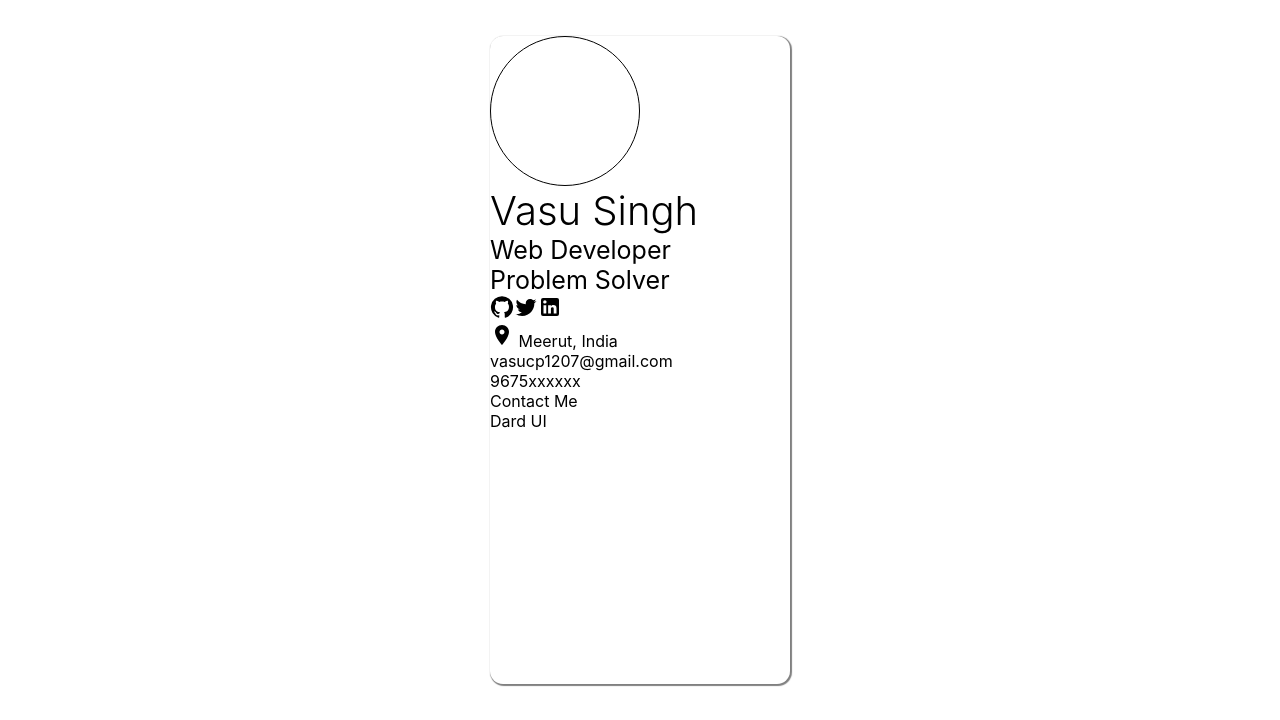
Repository: vasucp1207/grid-port
Page: /about
An editor plug-in stored every save of this project. The page is shown before and after a run of saves, followed by the edit.
The browser window is 1280 px wide. The pictures show the whole page.
Some web fonts or font styles are not loaded; a fallback is used. The project was rebuilt for these pictures with package versions that can differ from the ones it lists, and the page was loaded fresh each time. Also part of the build but not shown: src/pages/Home.js, src/pages/Projects.js.

Above is the page before, as saved 2022-08-16 22:09:47.

### public/index.html
<!DOCTYPE html>
<html lang="en">
  <head>
    <meta charset="utf-8" />
    <link rel="icon" href="%PUBLIC_URL%/favicon.ico" />
    <meta name="viewport" content="width=device-width, initial-scale=1" />
    <meta name="theme-color" content="#000000" />
    <meta
      name="description"
      content="Web site created using create-react-app"
    />
    <link rel="apple-touch-icon" href="%PUBLIC_URL%/logo192.png" />
    <!--
      manifest.json provides metadata used when your web app is installed on a
      user's mobile device or desktop. See https://developers.google.com/web/fundamentals/web-app-manifest/
    -->
    <link rel="manifest" href="%PUBLIC_URL%/manifest.json" />
    <link rel="preconnect" href="https://fonts.googleapis.com">
<link rel="preconnect" href="https://fonts.gstatic.com" crossorigin>
<link href="https://fonts.googleapis.com/css2?family=Kantumruy+Pro:wght@200;300&family=Open+Sans:ital,wght@0,300;0,600;0,700;1,800&family=Poppins:wght@400;600&family=Raleway:wght@300&family=Roboto+Flex:opsz,wght@8..144,300;8..144,400;8..144,500&display=swap" rel="stylesheet">
    <!--
      Notice the use of %PUBLIC_URL% in the tags above.
      It will be replaced with the URL of the `public` folder during the build.
      Only files inside the `public` folder can be referenced from the HTML.

      Unlike "/favicon.ico" or "favicon.ico", "%PUBLIC_URL%/favicon.ico" will
      work correctly both with client-side routing and a non-root public URL.
      Learn how to configure a non-root public URL by running `npm run build`.
    -->
    <title>React App</title>
  </head>
  <body>
    <noscript>You need to enable JavaScript to run this app.</noscript>
    <div id="root"></div>
    <!--
      This HTML file is a template.
      If you open it directly in the browser, you will see an empty page.

      You can add webfonts, meta tags, or analytics to this file.
      The build step will place the bundled scripts into the <body> tag.

      To begin the development, run `npm start` or `yarn start`.
      To create a production bundle, use `npm run build` or `yarn build`.
    -->
  </body>
</html>

### src/App.js
import './App.css';
import { Link, Route, Routes } from 'react-router-dom';
import AboutMe from './pages/AboutMe';
import Home from './pages/Home';
import Projects from './pages/Projects';

function App() {
  return (
    <div>
      <Routes>
        <Route exact path="/" element={<Home />} />
        <Route exact path="/about" element={<AboutMe />} />
        <Route exact path="/projects" element={<Projects />} />
      </Routes>
    </div>
  );
}

export default App;

### src/App.css
:root {
  --d: 700ms;
  --e: cubic-bezier(0.19, 1, 0.22, 1);
  --font-sans: "Rubik", sans-serif;
  --font-serif: "Cardo", serif;
  font-family: Poppins;
}

* {
  box-sizing: border-box;
  padding: 0;
  margin: 0;
}

html, body {
  height: 100vh;
  width: 100vw;
}

body {
  display: grid;
  place-items: center;
}

.page-content {
  display: grid;
  width: 100vw;
  height: 100vh;
  margin: 0 auto;
}
@media (min-width: 600px) {
  .page-content {
    grid-template-columns: repeat(2, 1fr);
  }
}
@media (min-width: 800px) {
  .page-content {
    grid-template-columns: repeat(2, 1fr);
  }
}

.card {
  position: relative;
  display: flex;
  align-items: flex-end;
  overflow: hidden;
  padding: 1rem;
  width: 100%;
  text-align: center;
  color: whitesmoke;
  background-color: whitesmoke;
  box-shadow: 0 1px 1px rgba(0, 0, 0, 0.1), 0 2px 2px rgba(0, 0, 0, 0.1), 0 4px 4px rgba(0, 0, 0, 0.1), 0 8px 8px rgba(0, 0, 0, 0.1), 0 16px 16px rgba(0, 0, 0, 0.1);
}
@media (min-width: 600px) {
  .card {
    height: 100vh;
  }
}
.card:before {
  content: "";
  position: absolute;
  top: 0;
  left: 0;
  width: 100%;
  height: 110%;
  background-size: cover;
  background-position: 0 0;
  transition: transform calc(var(--d) * 1.5) var(--e);
  pointer-events: none;
}
.card:after {
  content: "";
  display: block;
  position: absolute;
  top: 0;
  left: 0;
  width: 100%;
  height: 200%;
  pointer-events: none;
  background-image: linear-gradient(to bottom, rgba(0, 0, 0, 0) 0%, rgba(0, 0, 0, 0.009) 11.7%, rgba(0, 0, 0, 0.034) 22.1%, rgba(0, 0, 0, 0.072) 31.2%, rgba(0, 0, 0, 0.123) 39.4%, rgba(0, 0, 0, 0.182) 46.6%, rgba(0, 0, 0, 0.249) 53.1%, rgba(0, 0, 0, 0.32) 58.9%, rgba(0, 0, 0, 0.394) 64.3%, rgba(0, 0, 0, 0.468) 69.3%, rgba(0, 0, 0, 0.54) 74.1%, rgba(0, 0, 0, 0.607) 78.8%, rgba(0, 0, 0, 0.668) 83.6%, rgba(0, 0, 0, 0.721) 88.7%, rgba(0, 0, 0, 0.762) 94.1%, rgba(0, 0, 0, 0.79) 100%);
  transform: translateY(-50%);
  transition: transform calc(var(--d) * 2) var(--e);
}
.card:nth-child(1):before {
  background-image: url(https://images.unsplash.com/photo-1493612276216-ee3925520721?ixlib=rb-1.2.1&ixid=MnwxMjA3fDB8MHxwaG90by1wYWdlfHx8fGVufDB8fHx8&auto=format&fit=crop&w=2864&q=80);
}
.card:nth-child(2):before {
  background-image: url(https://images.unsplash.com/photo-1492551557933-34265f7af79e?ixlib=rb-1.2.1&ixid=MnwxMjA3fDB8MHxwaG90by1wYWdlfHx8fGVufDB8fHx8&auto=format&fit=crop&w=1740&q=80);
}
.card:nth-child(3):before {
  background-image: url(https://images.unsplash.com/photo-1545243424-0ce743321e11?ixlib=rb-1.2.1&q=80&fm=jpg&crop=entropy&cs=tinysrgb&w=400&fit=max&ixid=eyJhcHBfaWQiOjE0NTg5fQ);
}
.card:nth-child(4):before {
  background-image: url(https://images.unsplash.com/photo-1531306728370-e2ebd9d7bb99?ixlib=rb-1.2.1&q=80&fm=jpg&crop=entropy&cs=tinysrgb&w=400&fit=max&ixid=eyJhcHBfaWQiOjE0NTg5fQ);
}

.content {
  position: relative;
  display: flex;
  flex-direction: column;
  align-items: center;
  width: 100%;
  padding: 1rem;
  transition: transform var(--d) var(--e);
  z-index: 1;
}
.content > * + * {
  margin-top: 1rem;
}

.title {
  font-size: 50px;
}

.copy {
  font-size: 30px;
}

.btn {
  cursor: pointer;
  margin-top: 1.5rem;
  padding: 0.75rem 1.5rem;
  font-size: 20px;
  letter-spacing: 0.025rem;
  text-transform: uppercase;
  color: white;
  background-color: black;
  border: none;
}
.btn:hover {
  background-color: white;
  color: black;
  transition: 0.3;
  border-radius: 7px;
}
.btn:focus {
  outline: 1px dashed yellow;
  outline-offset: 3px;
}

@media (hover: hover) and (min-width: 600px) {
  .card:after {
    transform: translateY(0);
  }

  .content {
    transform: translateY(calc(100% - 4.5rem));
  }
  .content > *:not(.title) {
    opacity: 0;
    transform: translateY(1rem);
    transition: transform var(--d) var(--e), opacity var(--d) var(--e);
  }

  .card:hover,
.card:focus-within {
    align-items: center;
  }
  .card:hover:before,
.card:focus-within:before {
    transform: translateY(-4%);
  }
  .card:hover:after,
.card:focus-within:after {
    transform: translateY(-50%);
  }
  .card:hover .content,
.card:focus-within .content {
    transform: translateY(0);
  }
  .card:hover .content > *:not(.title),
.card:focus-within .content > *:not(.title) {
    opacity: 1;
    transform: translateY(0);
    transition-delay: calc(var(--d) / 8);
  }

  .card:focus-within:before, .card:focus-within:after,
.card:focus-within .content,
.card:focus-within .content > *:not(.title) {
    transition-duration: 0s;
  }
}

### src/pages/AboutMe.js
import React from 'react'
import { motion } from 'framer-motion'
import styled, { StyledComponent } from 'styled-components'
import GitHubIcon from '@mui/icons-material/GitHub';
import TwitterIcon from '@mui/icons-material/Twitter';
import LinkedInIcon from '@mui/icons-material/LinkedIn';
import LocationOnIcon from '@mui/icons-material/LocationOn';

function AboutMe() {

    const pageVarients = {
        initial: {
            opacity: 0
        },
        in: {
            opacity: 1
        },
        out: {
            opacity: 0
        }
    }

    return (
        <Container>
            <motion.div
                initial='initial'
                animate='in'
                exit='out'
                variants={pageVarients}
                transition={{ duration: 1.2, type: 'spring' }}
            >

                <Comp>
                    <Left>
                        <div class='avatar'></div>
                        <h1 class='name'>Vasu Singh</h1>
                        <div class='sim-btn'>Web Developer</div>
                        <div class='sim-btn'>Problem Solver</div>
                        <div>
                            <GitHubIcon />
                            <TwitterIcon />
                            <LinkedInIcon />
                        </div>
                        <div class='address'>
                            <p><LocationOnIcon/> Meerut, India</p>
                            <p>vasucp1207@gmail.com</p>
                            <p>9675xxxxxx</p>
                        </div>
                        <div class='gb-btn'>Contact Me</div>
                        <div class='gb-btn'>Dard UI</div>
                    </Left>
                    <Right></Right>
                </Comp>

            </motion.div>
        </Container>
    )
}

export default AboutMe

const Container = styled.div`
    /* background-image: linear-gradient(to right bottom,#00f260,#0575e6); */
`

const Comp = styled.div`

`

const Left = styled.div`
    height: 90vh;
    width: 300px;
    box-shadow: 1px 1px 1px 1px gray;
    border-radius: 13px;

    .avatar{
        height: 150px;
        border: 1px solid black;
        width: 150px;
        border-radius: 50%;
    }

    .name{
        font-size: 40px;
        font-weight: 300;
    }

    .sim-btn{
        font-size: 25px;
    }
`

const Right = styled.div`

`

Loaded but not shown: src/index.js (common file); src/index.css (common file)

After the next 4 saves:
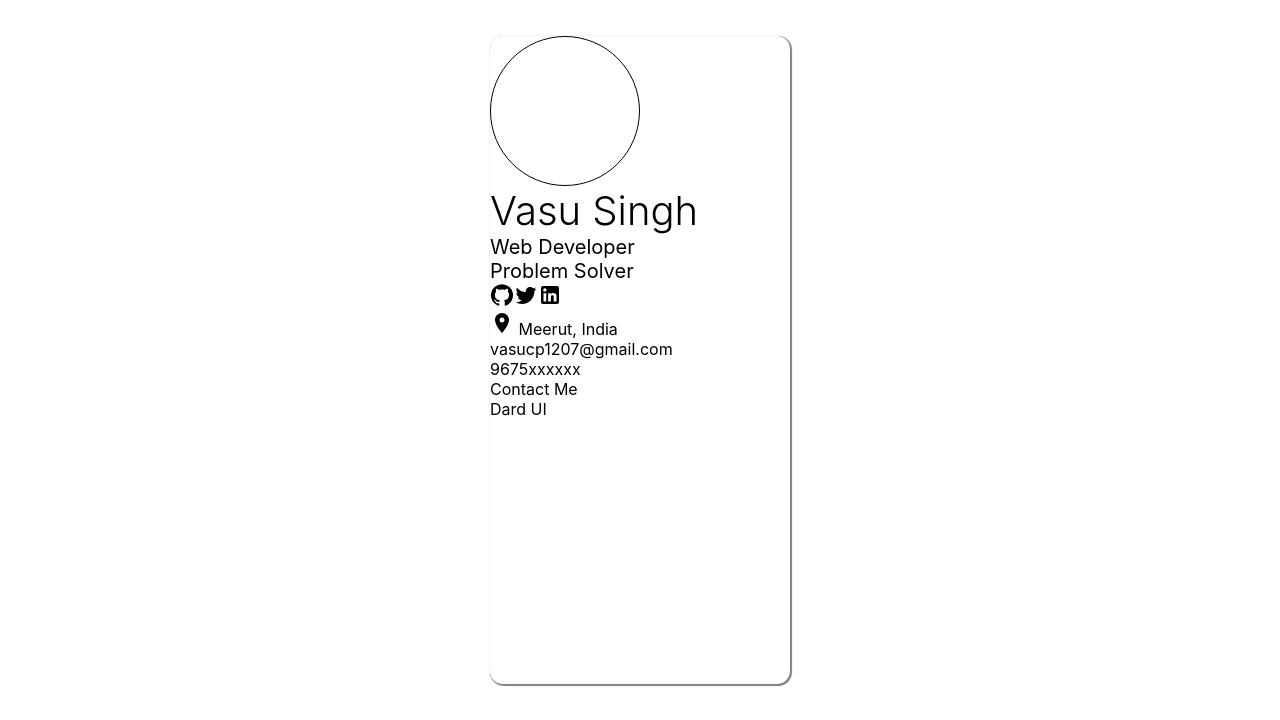
The 4 saves are shown as one change because they came seconds apart.
The last was saved 9 s later.
--- a/src/pages/AboutMe.js
+++ b/src/pages/AboutMe.js
@@ -86,7 +86,8 @@ const Left = styled.div`
     }
 
     .sim-btn{
-        font-size: 25px;
+        font-size: 20px;
+        bo
     }
 `
 
